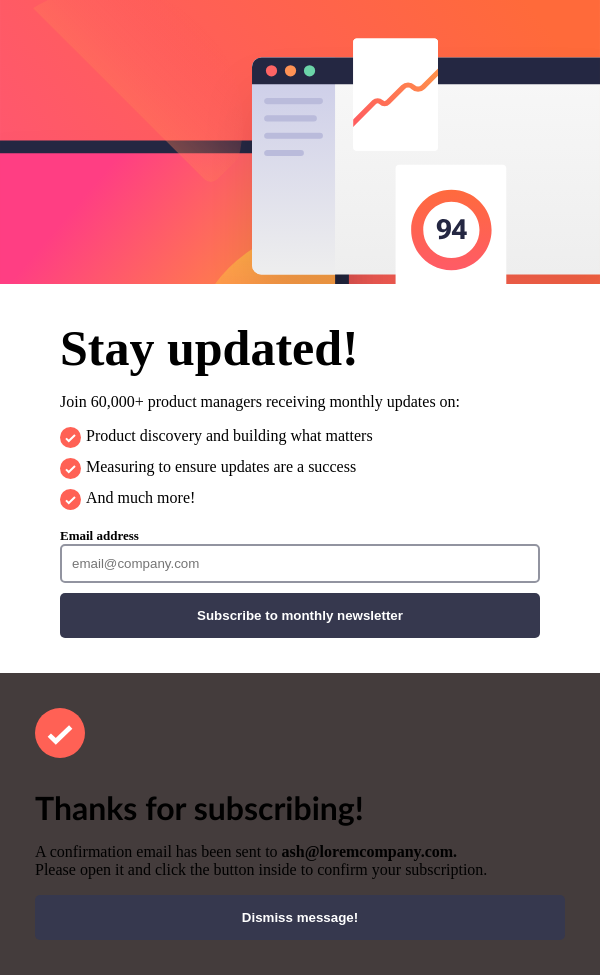
Repository: Celebration-cloud/Newsletter
Page: index.html
The author's editor kept a copy of each file at every save. The page is drawn from the files as they stood at one save, then again after the next save.
The browser window is 600 px wide. The pictures show the whole page.

Above is the page before, as saved 2023-07-19 23:49:42.

After the next save:
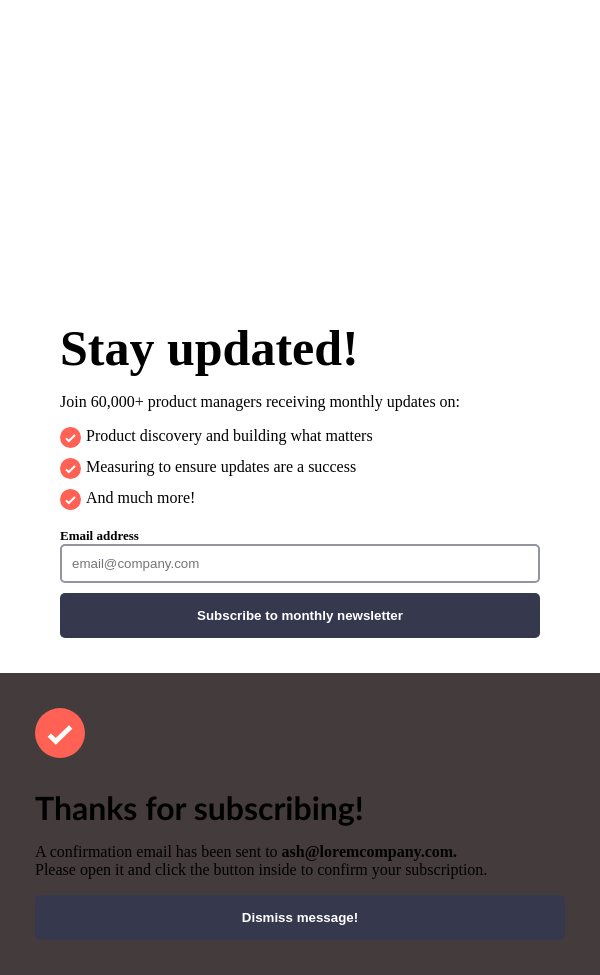
Saved 18 s later.
--- a/index.css
+++ b/index.css
@@ -122,7 +122,7 @@ button{
         background-image: url(./assets/images/illustration-sign-up-mobile.svg);
         background-repeat: no-repeat;
         background-size: cover;
-        width: 100%;
+        width: 0%;
         height: 284px;
     }
     #success{
